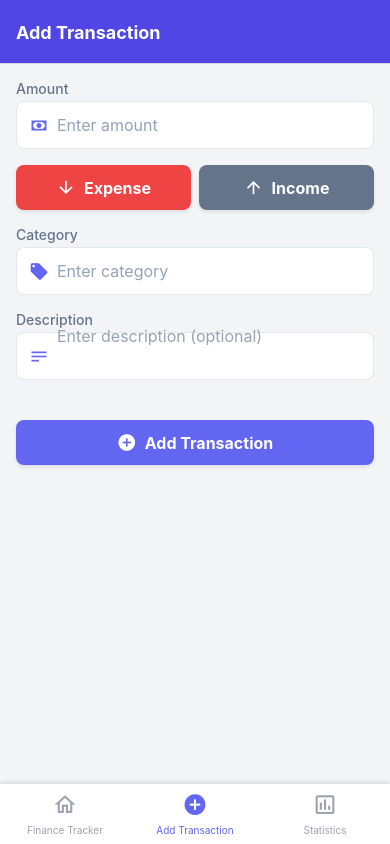
Repository: FarhanAryadi/FinTrack
Screen: /Add
These files come from the project's save history. The screen is drawn as it stood at one moment and after the next save; the edit follows.
The page's requests for data from a server got no answer. The app was drawn by React Native's web renderer in a window 390 px wide. The project was rebuilt for these pictures with package versions that can differ from the ones it lists, and the page was loaded fresh each time. No one was signed in, and anything a server would have sent is missing. Also part of the build but not shown: src/components/transactions/TransactionCard.tsx, src/screens/StatisticsScreen.tsx.

Above is the screen before, as saved 2025-03-06 12:51:30.

### App.tsx
import { MaterialCommunityIcons } from '@expo/vector-icons';
import { createBottomTabNavigator } from '@react-navigation/bottom-tabs';
import { NavigationContainer } from '@react-navigation/native';
import { StatusBar } from 'expo-status-bar';
import React from 'react';

import { AddTransactionScreen } from './src/screens/AddTransactionScreen';
import HomeScreen from './src/screens/HomeScreen';
import StatisticsScreen from './src/screens/StatisticsScreen';

const Tab = createBottomTabNavigator();

type IconName = React.ComponentProps<typeof MaterialCommunityIcons>['name'];

export default function App() {
	return (
		<NavigationContainer>
			<StatusBar style="light" />
			<Tab.Navigator
				screenOptions={({ route }) => ({
					tabBarIcon: ({ focused, color, size }) => {
						let iconName: IconName = 'home';

						if (route.name === 'Home') {
							iconName = focused ? 'home' : 'home-outline';
						} else if (route.name === 'Add') {
							iconName = focused ? 'plus-circle' : 'plus-circle-outline';
						} else if (route.name === 'Statistics') {
							iconName = focused ? 'chart-box' : 'chart-box-outline';
						}

						return (
							<MaterialCommunityIcons
								name={iconName}
								size={size}
								color={color}
							/>
						);
					},
					tabBarActiveTintColor: '#6366f1',
					tabBarInactiveTintColor: '#9ca3af',
					tabBarStyle: {
						backgroundColor: 'white',
						borderTopWidth: 0,
						elevation: 10,
						shadowColor: '#000',
						shadowOffset: {
							width: 0,
							height: -2,
						},
						shadowOpacity: 0.1,
						shadowRadius: 3.84,
						height: 60,
						paddingBottom: 8,
					},
					headerStyle: {
						backgroundColor: '#4f46e5',
						elevation: 0,
						shadowOpacity: 0,
					},
					headerTintColor: 'white',
					headerTitleStyle: {
						fontWeight: 'bold',
					},
				})}
			>
				<Tab.Screen
					name="Home"
					component={HomeScreen}
					options={{
						title: 'Finance Tracker',
					}}
				/>
				<Tab.Screen
					name="Add"
					component={AddTransactionScreen}
					options={{
						title: 'Add Transaction',
					}}
				/>
				<Tab.Screen
					name="Statistics"
					component={StatisticsScreen}
					options={{
						title: 'Statistics',
					}}
				/>
			</Tab.Navigator>
		</NavigationContainer>
	);
}

### src/screens/AddTransactionScreen.tsx
import React, { useState } from 'react';
import { View, StyleSheet, ScrollView } from 'react-native';
import { useNavigation } from '@react-navigation/native';
import { Button } from '../components/common/Button';
import { Input } from '../components/common/Input';
import { useTransactions } from '../hooks/useTransactions';
import { TransactionFormData } from '../types/transaction';

export const AddTransactionScreen: React.FC = () => {
	const navigation = useNavigation();
	const { createTransaction } = useTransactions();
	const [loading, setLoading] = useState(false);
	const [form, setForm] = useState<TransactionFormData>({
		amount: '',
		type: 'EXPENSE',
		category: '',
		description: '',
		date: new Date(),
	});
	const [errors, setErrors] = useState<
		Partial<Record<keyof TransactionFormData, string>>
	>({});

	const validateForm = () => {
		const newErrors: typeof errors = {};

		if (!form.amount) {
			newErrors.amount = 'Amount is required';
		} else if (isNaN(Number(form.amount))) {
			newErrors.amount = 'Amount must be a number';
		}

		if (!form.category) {
			newErrors.category = 'Category is required';
		}

		setErrors(newErrors);
		return Object.keys(newErrors).length === 0;
	};

	const handleSubmit = async () => {
		if (!validateForm()) return;

		try {
			setLoading(true);
			await createTransaction(form);
			navigation.goBack();
		} catch (error) {
			console.error('Error creating transaction:', error);
		} finally {
			setLoading(false);
		}
	};

	return (
		<ScrollView style={styles.container}>
			<View style={styles.form}>
				<Input
					label="Amount"
					placeholder="Enter amount"
					keyboardType="numeric"
					value={form.amount}
					onChangeText={(value) => setForm({ ...form, amount: value })}
					error={errors.amount}
					icon="cash"
				/>

				<View style={styles.buttonGroup}>
					<Button
						title="Expense"
						variant={form.type === 'EXPENSE' ? 'danger' : 'secondary'}
						onPress={() => setForm({ ...form, type: 'EXPENSE' })}
						style={styles.typeButton}
						icon="arrow-down"
					/>
					<Button
						title="Income"
						variant={form.type === 'INCOME' ? 'success' : 'secondary'}
						onPress={() => setForm({ ...form, type: 'INCOME' })}
						style={styles.typeButton}
						icon="arrow-up"
					/>
				</View>

				<Input
					label="Category"
					placeholder="Enter category"
					value={form.category}
					onChangeText={(value) => setForm({ ...form, category: value })}
					error={errors.category}
					icon="tag"
				/>

				<Input
					label="Description"
					placeholder="Enter description (optional)"
					value={form.description}
					onChangeText={(value) => setForm({ ...form, description: value })}
					multiline
					numberOfLines={3}
					icon="text"
				/>

				<Button
					title="Add Transaction"
					onPress={handleSubmit}
					loading={loading}
					icon="plus-circle"
					style={styles.submitButton}
				/>
			</View>
		</ScrollView>
	);
};

const styles = StyleSheet.create({
	container: {
		flex: 1,
		backgroundColor: '#f3f4f6',
	},
	form: {
		padding: 16,
	},
	buttonGroup: {
		flexDirection: 'row',
		gap: 8,
		marginBottom: 16,
	},
	typeButton: {
		flex: 1,
	},
	submitButton: {
		marginTop: 24,
	},
});

### src/screens/HomeScreen.tsx
import React, { useEffect } from 'react';
import { View, FlatList, RefreshControl, StyleSheet } from 'react-native';
import { Header } from '../components/common/Header';
import { TransactionCard } from '../components/transactions/TransactionCard';
import { useTransactions } from '../hooks/useTransactions';
import { Transaction } from '../types/transaction';

const HomeScreen: React.FC = () => {
	const { transactions, isLoading, error, fetchTransactions } =
		useTransactions();

	useEffect(() => {
		fetchTransactions();
	}, [fetchTransactions]);

	const totalBalance = transactions.reduce((acc, curr) => {
		return acc + (curr.type === 'INCOME' ? curr.amount : -curr.amount);
	}, 0);

	const renderTransaction = ({ item }: { item: Transaction }) => (
		<TransactionCard
			transaction={item}
			onPress={(transaction) => {
				// Handle transaction press
				console.log('Transaction pressed:', transaction);
			}}
		/>
	);

	return (
		<View style={styles.container}>
			<Header
				title="My Wallet"
				subtitle="Current Balance"
				amount={totalBalance}
			/>
			<FlatList
				data={transactions}
				renderItem={renderTransaction}
				keyExtractor={(item) => item.id}
				contentContainerStyle={styles.listContent}
				refreshControl={
					<RefreshControl
						refreshing={isLoading}
						onRefresh={fetchTransactions}
						tintColor="#6366f1"
					/>
				}
			/>
		</View>
	);
};

const styles = StyleSheet.create({
	container: {
		flex: 1,
		backgroundColor: '#f3f4f6',
	},
	listContent: {
		paddingVertical: 16,
	},
});

export default HomeScreen;

### src/components/common/Button.tsx
import { MaterialCommunityIcons } from '@expo/vector-icons';
import React from 'react';
import {
	ActivityIndicator,
	StyleSheet,
	Text,
	TextStyle,
	TouchableOpacity,
	View,
	ViewStyle,
} from 'react-native';
import { colors } from '../../constants/colors';

type IconName = React.ComponentProps<typeof MaterialCommunityIcons>['name'];

interface ButtonProps {
	title: string;
	onPress: () => void;
	variant?: 'primary' | 'secondary' | 'success' | 'danger';
	loading?: boolean;
	icon?: IconName;
	style?: ViewStyle;
	textStyle?: TextStyle;
	disabled?: boolean;
}

const getVariantColor = (variant: string) => {
	const colorMap = {
		primary: colors.primary.main,
		secondary: colors.text.secondary,
		success: colors.success.main,
		danger: colors.danger.main,
	};
	return colorMap[variant as keyof typeof colorMap] || colorMap.primary;
};

export const Button: React.FC<ButtonProps> = ({
	title,
	onPress,
	variant = 'primary',
	loading = false,
	icon,
	style,
	textStyle,
	disabled = false,
}) => {
	const backgroundColor = getVariantColor(variant);

	return (
		<TouchableOpacity
			onPress={onPress}
			disabled={loading || disabled}
			activeOpacity={0.8}
			style={[
				styles.button,
				{ backgroundColor },
				disabled && styles.disabled,
				style,
			]}
		>
			{loading ? (
				<ActivityIndicator color={colors.text.inverse} />
			) : (
				<View style={styles.content}>
					{icon && (
						<MaterialCommunityIcons
							name={icon}
							size={20}
							color={colors.text.inverse}
							style={styles.icon}
						/>
					)}
					<Text style={[styles.text, textStyle]}>{title}</Text>
				</View>
			)}
		</TouchableOpacity>
	);
};

const styles = StyleSheet.create({
	button: {
		padding: 12,
		borderRadius: 8,
		elevation: 2,
		shadowColor: colors.text.primary,
		shadowOffset: {
			width: 0,
			height: 2,
		},
		shadowOpacity: 0.1,
		shadowRadius: 3.84,
	},
	content: {
		flexDirection: 'row',
		alignItems: 'center',
		justifyContent: 'center',
	},
	text: {
		color: colors.text.inverse,
		fontSize: 16,
		fontWeight: 'bold',
		textAlign: 'center',
	},
	icon: {
		marginRight: 8,
	},
	disabled: {
		opacity: 0.6,
	},
});

### src/components/common/Input.tsx
import React from 'react';
import {
  View,
  TextInput,
  Text,
  StyleSheet,
  TextInputProps,
  ViewStyle,
} from 'react-native';
import { MaterialCommunityIcons } from '@expo/vector-icons';
import { colors } from '../../constants/colors';

interface InputProps extends TextInputProps {
  label?: string;
  error?: string;
  icon?: string;
  containerStyle?: ViewStyle;
}

type IconName = React.ComponentProps<typeof MaterialCommunityIcons>['name'];

export const Input: React.FC<InputProps> = ({
  label,
  error,
  icon,
  containerStyle,
  ...props
}) => {
  return (
    <View style={[styles.container, containerStyle]}>
      {label && <Text style={styles.label}>{label}</Text>}
      <View style={[
        styles.inputContainer,
        error ? styles.inputError : null,
        props.editable === false ? styles.inputDisabled : null,
      ]}>
        {icon && (
          <MaterialCommunityIcons
            name={icon as IconName}
            size={20}
            color={error ? colors.danger.main : colors.primary.main}
            style={styles.icon}
          />
        )}
        <TextInput
          style={styles.input}
          placeholderTextColor={colors.text.disabled}
          {...props}
        />
      </View>
      {error && (
        <Text style={styles.errorText}>
          {error}
        </Text>
      )}
    </View>
  );
};

const styles = StyleSheet.create({
  container: {
    marginBottom: 16,
  },
  label: {
    fontSize: 14,
    fontWeight: '500',
    color: colors.text.secondary,
    marginBottom: 4,
  },
  inputContainer: {
    flexDirection: 'row',
    alignItems: 'center',
    backgroundColor: colors.card,
    borderWidth: 1,
    borderColor: colors.border,
    borderRadius: 8,
    paddingHorizontal: 12,
    height: 48,
  },
  input: {
    flex: 1,
    fontSize: 16,
    color: colors.text.primary,
  },
  icon: {
    marginRight: 8,
  },
  inputError: {
    borderColor: colors.danger.main,
  },
  inputDisabled: {
    backgroundColor: colors.background,
    borderColor: colors.border,
  },
  errorText: {
    color: colors.danger.main,
    fontSize: 12,
    marginTop: 4,
  },
});

### src/hooks/useTransactions.ts
import { useCallback, useState } from 'react';
import { transactionService } from '../api/transactionService';
import { Transaction, TransactionFormData } from '../types/transaction';

export const useTransactions = () => {
	const [transactions, setTransactions] = useState<Transaction[]>([]);
	const [isLoading, setIsLoading] = useState(false);
	const [error, setError] = useState<string | null>(null);

	const fetchTransactions = useCallback(async () => {
		try {
			setIsLoading(true);
			setError(null);
			const data = await transactionService.getAllTransactions();
			setTransactions(data);
		} catch (err) {
			setError('Failed to fetch transactions');
			console.error(err);
		} finally {
			setIsLoading(false);
		}
	}, []);

	const createTransaction = useCallback(async (data: TransactionFormData) => {
		try {
			setIsLoading(true);
			setError(null);
			const newTransaction = await transactionService.createTransaction(data);
			setTransactions((prev) => [newTransaction, ...prev]);
			return newTransaction;
		} catch (err) {
			setError('Failed to create transaction');
			console.error(err);
			throw err;
		} finally {
			setIsLoading(false);
		}
	}, []);

	const updateTransaction = useCallback(
		async (id: string, data: Partial<TransactionFormData>) => {
			try {
				setIsLoading(true);
				setError(null);
				const updatedTransaction = await transactionService.updateTransaction(
					id,
					data
				);
				setTransactions((prev) =>
					prev.map((t) => (t.id === id ? updatedTransaction : t))
				);
				return updatedTransaction;
			} catch (err) {
				setError('Failed to update transaction');
				console.error(err);
				throw err;
			} finally {
				setIsLoading(false);
			}
		},
		[]
	);

	const deleteTransaction = useCallback(async (id: string) => {
		try {
			setIsLoading(true);
			setError(null);
			await transactionService.deleteTransaction(id);
			setTransactions((prev) => prev.filter((t) => t.id !== id));
		} catch (err) {
			setError('Failed to delete transaction');
			console.error(err);
			throw err;
		} finally {
			setIsLoading(false);
		}
	}, []);

	const getTransactionsByDateRange = useCallback(
		async (startDate: Date, endDate: Date) => {
			try {
				setIsLoading(true);
				setError(null);
				const data = await transactionService.getTransactionsByDateRange(
					startDate,
					endDate
				);
				return data;
			} catch (err) {
				setError('Failed to fetch transactions by date range');
				console.error(err);
				throw err;
			} finally {
				setIsLoading(false);
			}
		},
		[]
	);

	return {
		transactions,
		isLoading,
		error,
		fetchTransactions,
		createTransaction,
		updateTransaction,
		deleteTransaction,
		getTransactionsByDateRange,
	};
};

### src/components/common/Header.tsx
import React from 'react';
import { StyleSheet, Text, View } from 'react-native';
import { colors } from '../../constants/colors';

interface HeaderProps {
	title: string;
	subtitle?: string;
	amount?: number;
}

export const Header: React.FC<HeaderProps> = ({ title, subtitle, amount }) => {
	return (
		<View style={styles.container}>
			<View style={styles.content}>
				<Text style={styles.title}>{title}</Text>
				{subtitle && <Text style={styles.subtitle}>{subtitle}</Text>}
				{amount !== undefined && (
					<Text style={styles.amount}>${amount.toFixed(2)}</Text>
				)}
			</View>
		</View>
	);
};

const styles = StyleSheet.create({
	container: {
		paddingVertical: 32,
		paddingHorizontal: 16,
		borderBottomLeftRadius: 24,
		borderBottomRightRadius: 24,
		backgroundColor: colors.primary.main,
		shadowColor: colors.primary.dark,
		shadowOffset: {
			width: 0,
			height: 2,
		},
		shadowOpacity: 0.1,
		shadowRadius: 3.84,
		elevation: 5,
	},
	content: {
		alignItems: 'center',
	},
	title: {
		fontSize: 24,
		fontWeight: 'bold',
		color: colors.text.inverse,
		textAlign: 'center',
	},
	subtitle: {
		fontSize: 16,
		color: 'rgba(255, 255, 255, 0.8)',
		marginTop: 8,
		textAlign: 'center',
	},
	amount: {
		fontSize: 36,
		fontWeight: 'bold',
		color: colors.text.inverse,
		marginTop: 16,
	},
});

### src/constants/colors.ts
export const colors = {
  // Primary Colors
  primary: {
    light: '#818cf8',
    main: '#6366f1',
    dark: '#4f46e5',
    surface: '#eef2ff',
  },

  // Status Colors
  success: {
    light: '#86efac',
    main: '#22c55e',
    dark: '#16a34a',
    surface: '#f0fdf4',
  },
  danger: {
    light: '#fca5a5',
    main: '#ef4444',
    dark: '#dc2626',
    surface: '#fef2f2',
  },
  warning: {
    light: '#fcd34d',
    main: '#f59e0b',
    dark: '#d97706',
    surface: '#fffbeb',
  },

  // Neutral Colors
  background: '#f8fafc',
  card: '#ffffff',
  border: '#e2e8f0',

  // Text Colors
  text: {
    primary: '#1e293b',
    secondary: '#64748b',
    disabled: '#94a3b8',
    inverse: '#ffffff',
  },

  // Transaction Types
  transaction: {
    income: {
      light: '#86efac',
      main: '#22c55e',
      dark: '#16a34a',
    },
    expense: {
      light: '#fca5a5',
      main: '#ef4444',
      dark: '#dc2626',
    },
  },
};

### src/api/transactionService.ts
import { Transaction, TransactionFormData } from '../types/transaction';
import { API_CONFIG } from '../config/api';

export const transactionService = {
	async getAllTransactions(): Promise<Transaction[]> {
		try {
			const response = await fetch(`${API_CONFIG.BASE_URL}${API_CONFIG.ENDPOINTS.TRANSACTIONS}`);
			if (!response.ok) {
				throw new Error('Failed to fetch transactions');
			}
			const data = await response.json();
			return data.map((transaction: any) => ({
				...transaction,
				date: new Date(transaction.date),
				createdAt: new Date(transaction.createdAt),
				updatedAt: new Date(transaction.updatedAt),
			}));
		} catch (error) {
			console.error('Error fetching transactions:', error);
			throw error;
		}
	},

	async createTransaction(data: TransactionFormData): Promise<Transaction> {
		try {
			const response = await fetch(
				`${API_CONFIG.BASE_URL}${API_CONFIG.ENDPOINTS.TRANSACTIONS}`,
				{
					method: 'POST',
					headers: {
						'Content-Type': 'application/json',
					},
					body: JSON.stringify({
						...data,
						amount: parseFloat(data.amount),
					}),
				}
			);
			if (!response.ok) {
				throw new Error('Failed to create transaction');
			}
			const transaction = await response.json();
			return {
				...transaction,
				date: new Date(transaction.date),
				createdAt: new Date(transaction.createdAt),
				updatedAt: new Date(transaction.updatedAt),
			};
		} catch (error) {
			console.error('Error creating transaction:', error);
			throw error;
		}
	},

	async updateTransaction(
		id: string,
		data: Partial<TransactionFormData>
	): Promise<Transaction> {
		try {
			const response = await fetch(
				`${API_CONFIG.BASE_URL}${API_CONFIG.ENDPOINTS.TRANSACTION_BY_ID(id)}`,
				{
					method: 'PUT',
					headers: {
						'Content-Type': 'application/json',
					},
					body: JSON.stringify({
						...data,
						amount: data.amount ? parseFloat(data.amount) : undefined,
					}),
				}
			);
			if (!response.ok) {
				throw new Error('Failed to update transaction');
			}
			const transaction = await response.json();
			return {
				...transaction,
				date: new Date(transaction.date),
				createdAt: new Date(transaction.createdAt),
				updatedAt: new Date(transaction.updatedAt),
			};
		} catch (error) {
			console.error('Error updating transaction:', error);
			throw error;
		}
	},

	async deleteTransaction(id: string): Promise<void> {
		try {
			const response = await fetch(
				`${API_CONFIG.BASE_URL}${API_CONFIG.ENDPOINTS.TRANSACTION_BY_ID(id)}`,
				{
					method: 'DELETE',
				}
			);
			if (!response.ok) {
				throw new Error('Failed to delete transaction');
			}
		} catch (error) {
			console.error('Error deleting transaction:', error);
			throw error;
		}
	},

	async getTransactionsByDateRange(
		startDate: Date,
		endDate: Date
	): Promise<Transaction[]> {
		try {
			const response = await fetch(
				`${API_CONFIG.BASE_URL}${API_CONFIG.ENDPOINTS.TRANSACTIONS_BY_DATE_RANGE}?start=${startDate.toISOString()}&end=${endDate.toISOString()}`
			);
			if (!response.ok) {
				throw new Error('Failed to fetch transactions by date range');
			}
			const data = await response.json();
			return data.map((transaction: any) => ({
				...transaction,
				date: new Date(transaction.date),
				createdAt: new Date(transaction.createdAt),
				updatedAt: new Date(transaction.updatedAt),
			}));
		} catch (error) {
			console.error('Error fetching transactions by date range:', error);
			throw error;
		}
	},
};

### src/config/api.ts
// Ganti 192.168.1.X dengan IP address komputer Anda
export const API_CONFIG = {
	BASE_URL: 'http://192.168.88.247:3000/api',
	ENDPOINTS: {
		TRANSACTIONS: '/transactions',
		TRANSACTION_BY_ID: (id: string) => `/transactions/${id}`,
		TRANSACTIONS_BY_DATE_RANGE: '/transactions/range',
	},
};

After the next save:
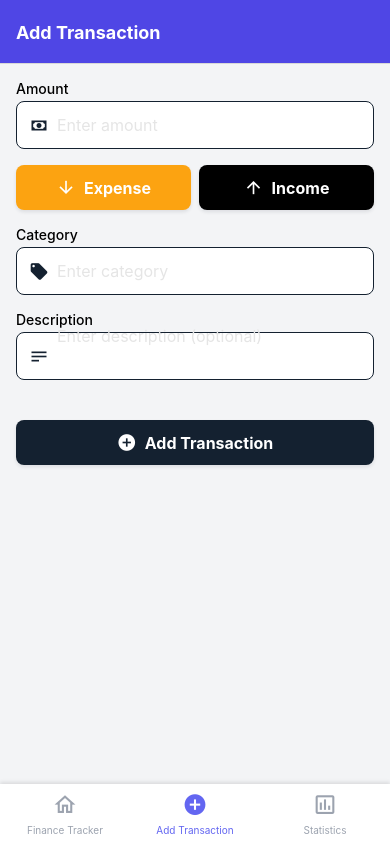
Saved 4 min 38 s later.
--- a/src/constants/colors.ts
+++ b/src/constants/colors.ts
@@ -1,56 +1,56 @@
 export const colors = {
-  // Primary Colors
-  primary: {
-    light: '#818cf8',
-    main: '#6366f1',
-    dark: '#4f46e5',
-    surface: '#eef2ff',
-  },
+	// Primary Colors
+	primary: {
+		dark: '#000000', // Black
+		main: '#142130', // Navy Blue
+		light: '#FCA311', // Orange
+		surface: '#E5E5E5', // Light Gray
+	},
 
-  // Status Colors
-  success: {
-    light: '#86efac',
-    main: '#22c55e',
-    dark: '#16a34a',
-    surface: '#f0fdf4',
-  },
-  danger: {
-    light: '#fca5a5',
-    main: '#ef4444',
-    dark: '#dc2626',
-    surface: '#fef2f2',
-  },
-  warning: {
-    light: '#fcd34d',
-    main: '#f59e0b',
-    dark: '#d97706',
-    surface: '#fffbeb',
-  },
+	// Status Colors
+	success: {
+		light: '#16a34a',
+		main: '#142130', // Using Navy for success
+		dark: '#000000',
+		surface: '#E5E5E5',
+	},
+	danger: {
+		light: '#FCA311', // Using Orange for danger
+		main: '#FCA311',
+		dark: '#d97706',
+		surface: '#fff7ed',
+	},
+	warning: {
+		light: '#FCA311',
+		main: '#FCA311', // Orange
+		dark: '#d97706',
+		surface: '#fff7ed',
+	},
 
-  // Neutral Colors
-  background: '#f8fafc',
-  card: '#ffffff',
-  border: '#e2e8f0',
+	// Neutral Colors
+	background: '#E5E5E5', // Light Gray
+	card: '#ffffff',
+	border: '#142130', // Navy Blue
 
-  // Text Colors
-  text: {
-    primary: '#1e293b',
-    secondary: '#64748b',
-    disabled: '#94a3b8',
-    inverse: '#ffffff',
-  },
+	// Text Colors
+	text: {
+		primary: '#142130', // Navy Blue
+		secondary: '#000000', // Black
+		disabled: '#E5E5E5', // Light Gray
+		inverse: '#ffffff', // White
+	},
 
-  // Transaction Types
-  transaction: {
-    income: {
-      light: '#86efac',
-      main: '#22c55e',
-      dark: '#16a34a',
-    },
-    expense: {
-      light: '#fca5a5',
-      main: '#ef4444',
-      dark: '#dc2626',
-    },
-  },
+	// Transaction Types
+	transaction: {
+		income: {
+			light: '#142130',
+			main: '#142130', // Navy Blue
+			dark: '#000000',
+		},
+		expense: {
+			light: '#FCA311',
+			main: '#FCA311', // Orange
+			dark: '#d97706',
+		},
+	},
 };
